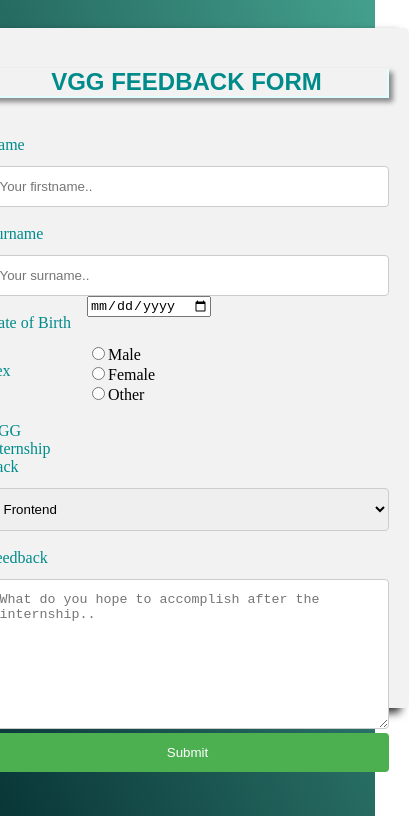
Repository: iphyokafor/VGG-Feedback-form
Page: index2.html
An editor plug-in stored every save of this project. The page is shown before and after the next save, followed by the edit.
The browser window is 375 px wide. The page is 409 px wide, so the pictures cover 409 px, including what lies to the right of the window. The pictures show the whole page.

Above is the page before, as saved 2020-01-13 01:25:37.

After the next save:
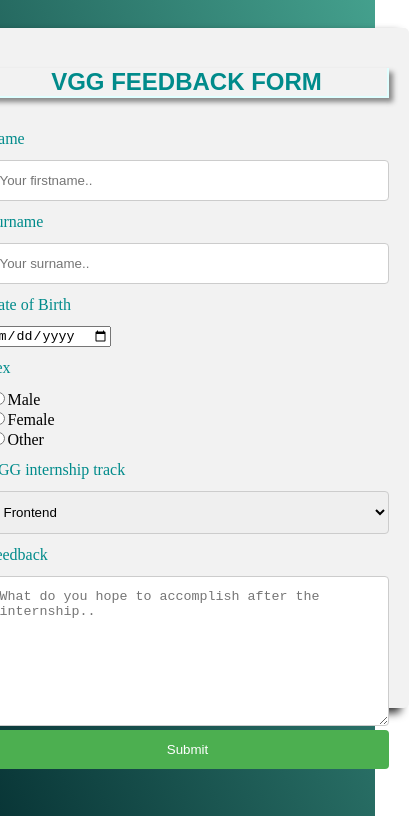
Saved 34 s later.
--- a/main.css
+++ b/main.css
@@ -102,8 +102,8 @@ label {
 /* Responsive layout - when the screen is less than 600px wide, make the two columns stack on top of each other instead of next to each other */
 
 @media screen and (max-width: 600px) {
-    .col-25,
-    .col-75,
+    .column1,
+    .column3,
     .btn {
         width: 100%;
         margin-top: 0;
